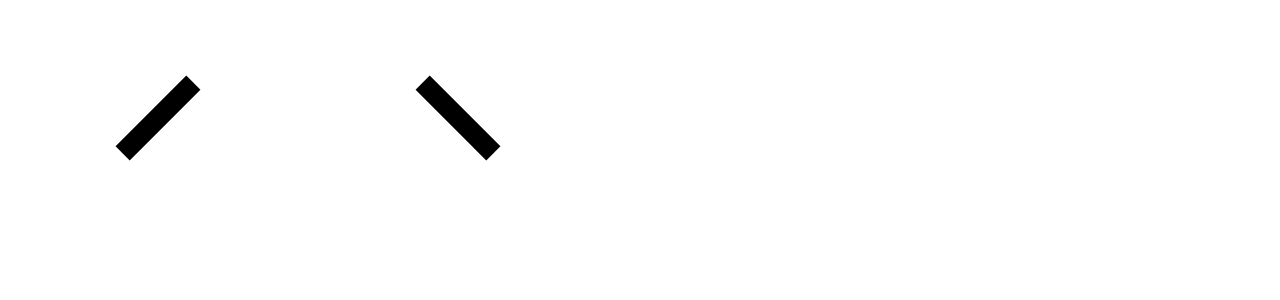
Repository: uditjain100/uditjain100.github.io
Page: index.html
An editor plug-in stored every save of this project. The page is shown before and after the next save, followed by the edit.
The browser window is 1280 px wide. The pictures show the whole page.

Above is the page before, as saved 2021-05-15 01:17:23.

### index.html
<!DOCTYPE html>
<html lang="en">
	<head>
		<meta charset="UTF-8" />
		<meta http-equiv="X-UA-Compatible" content="IE=edge" />
		<meta name="viewport" content="width=device-width, initial-scale=1.0" />
		<title>Document</title>
		<link rel="stylesheet" href="new.css" />
	</head>
	<body>
		<span style="display: flex; justify-content: flex-start">
			<div id="arrowleft"></div>
			<div id="arrowright"></div>
		</span>
	</body>
</html>

### new.css
#arrowleft {
	margin: 100px;
	height: 20px;
	width: 100px;
	background-color: black;
	transform: rotate(-45deg);
}

#arrowright {
	margin: 100px;
	height: 20px;
	width: 100px;
	background-color: black;
	transform: rotate(45deg);
}

After the next save:
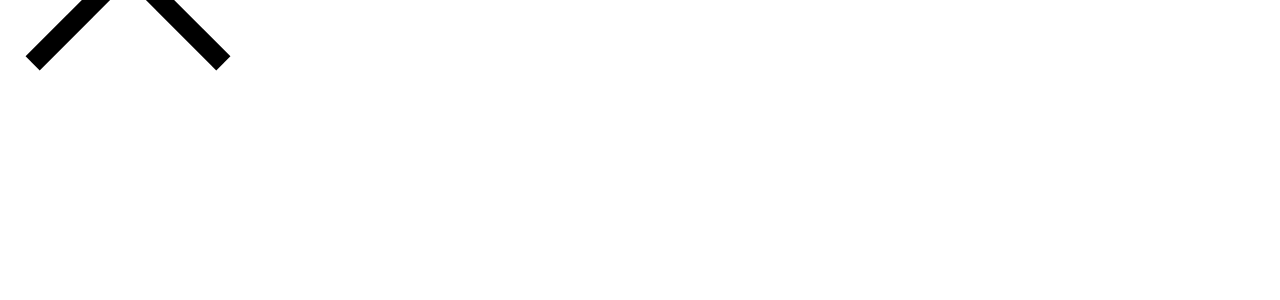
Saved 17 s later.
--- a/new.css
+++ b/new.css
@@ -1,5 +1,5 @@
 #arrowleft {
-	margin: 100px;
+	margin: 10px;
 	height: 20px;
 	width: 100px;
 	background-color: black;
@@ -7,7 +7,7 @@
 }
 
 #arrowright {
-	margin: 100px;
+	margin: 10px;
 	height: 20px;
 	width: 100px;
 	background-color: black;
